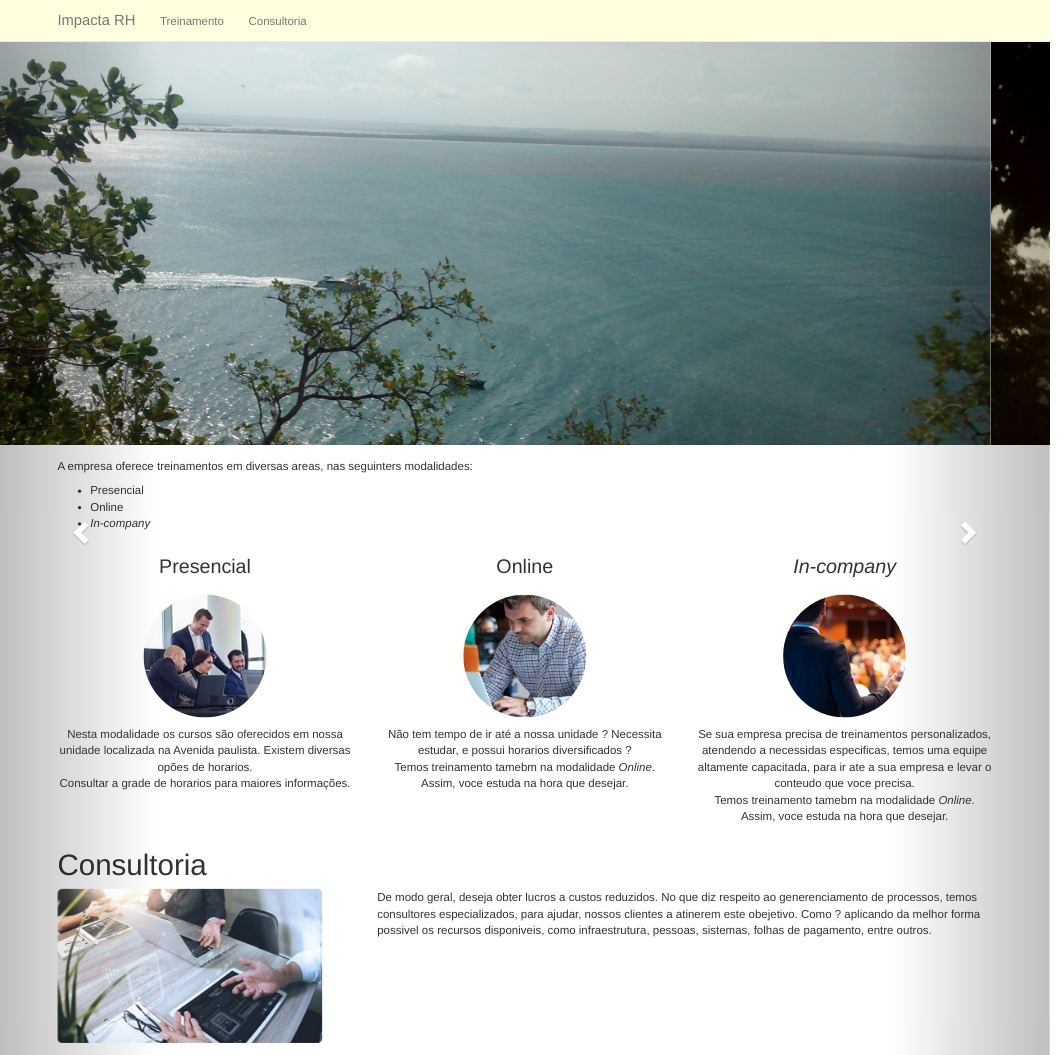
Repository: NicholasMaestrello/treinamento-impacta
Page: DesenvolvimentoJava/Modulo06/02_EmpresaRH/WebContent/produtos.html
These files come from the project's save history. The page is drawn as it stood at one moment and after the next save; the edit follows.
The browser window is 1280 px wide. The page is 1295 px wide, so the pictures cover 1295 px, including what lies to the right of the window. The pictures show the whole page, at 82% of full size.
Some web libraries are served in a nearby version.

Above is the page before, as saved 2017-10-20 17:39:45.

After the next save:
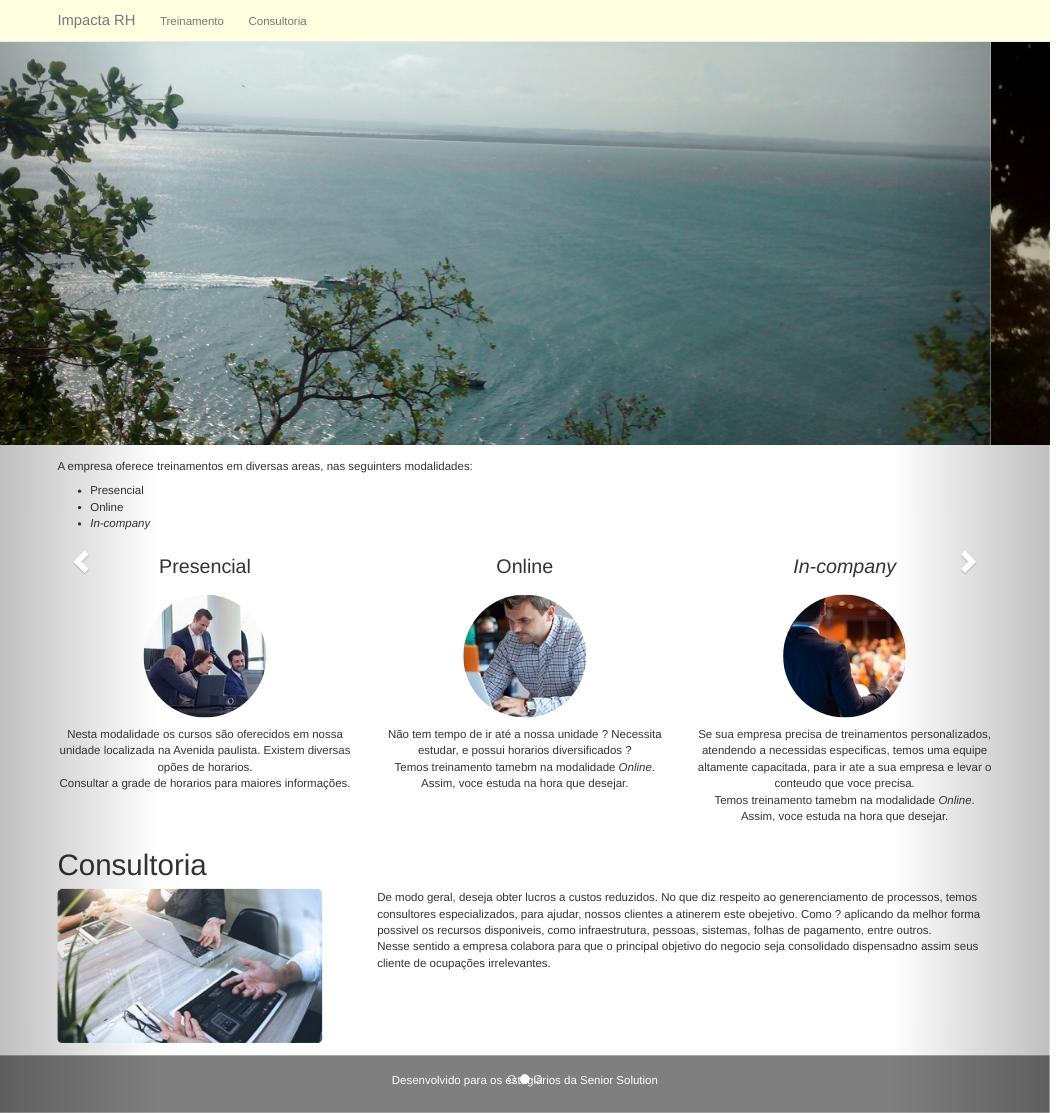
Saved 2 min 12 s later.
--- a/DesenvolvimentoJava/Modulo06/02_EmpresaRH/WebContent/produtos.html
+++ b/DesenvolvimentoJava/Modulo06/02_EmpresaRH/WebContent/produtos.html
@@ -117,14 +117,23 @@
 								<img src="imagens/consultoria.jpg" class="img-rounded">
 							</div>
 							<div class="col-md-8">
-								<p>De modo geral, deseja obter lucros a custos reduzidos. No
-									que diz respeito ao generenciamento de processos, temos
-									consultores especializados, para ajudar, nossos clientes a
-									atinerem este obejetivo.
-									Como ? aplicando da melhor forma possivel os recursos disponiveis, como infraestrutura, pessoas, sistemas, folhas de pagamento, entre outros.<br/></p>
+								<p>
+									De modo geral, deseja obter lucros a custos reduzidos. No que
+									diz respeito ao generenciamento de processos, temos consultores
+									especializados, para ajudar, nossos clientes a atinerem este
+									obejetivo. Como ? aplicando da melhor forma possivel os
+									recursos disponiveis, como infraestrutura, pessoas, sistemas,
+									folhas de pagamento, entre outros.<br /> Nesse sentido a
+									empresa colabora para que o principal objetivo do negocio seja
+									consolidado dispensadno assim seus cliente de ocupações
+									irrelevantes.
+								</p>
 							</div>
 						</div>
 					</section>
+				</div>
+				<div class="footer">
+					<p>Desenvolvido para os estagiários da Senior Solution</p>
 				</div>
 
 			</div>
